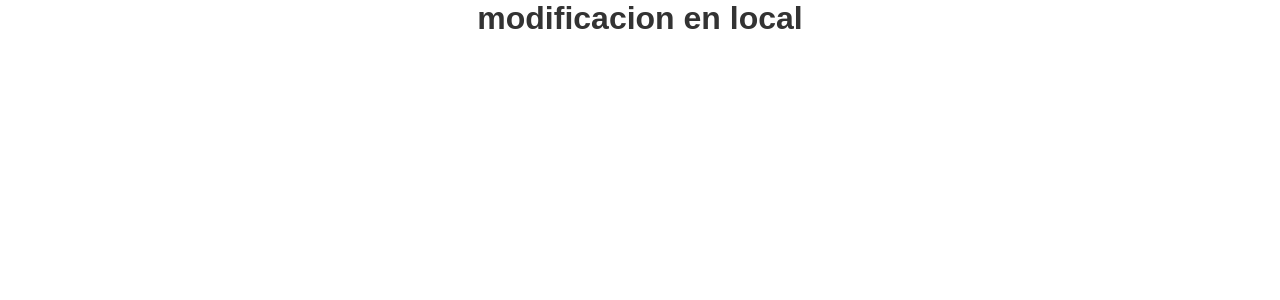
Repository: Sergio9999/ejercicio2
Page: ejercicio2/sitio.html
These files come from the project's save history. The page is drawn as it stood at one moment and after the next save; the edit follows.
The browser window is 1280 px wide. The pictures show the whole page.

Above is the page before, as saved 2023-11-22 17:50:40.

After the next save:
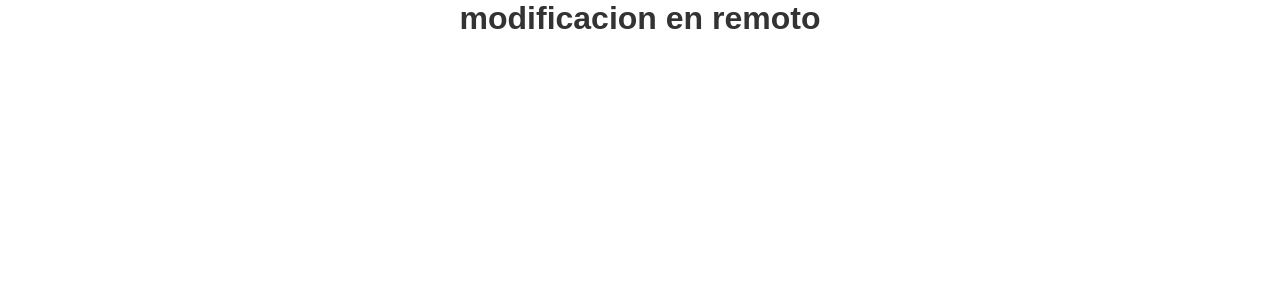
Saved 10 min 30 s later.
--- a/ejercicio2/sitio.html
+++ b/ejercicio2/sitio.html
@@ -4,6 +4,6 @@
         <link rel="stylesheet" href="css/estilos.css" />
     </head>
     <body>
-        <h1>modificacion en local</h1>
+        <h1>modificacion en remoto</h1>
     </body>
 </html>
